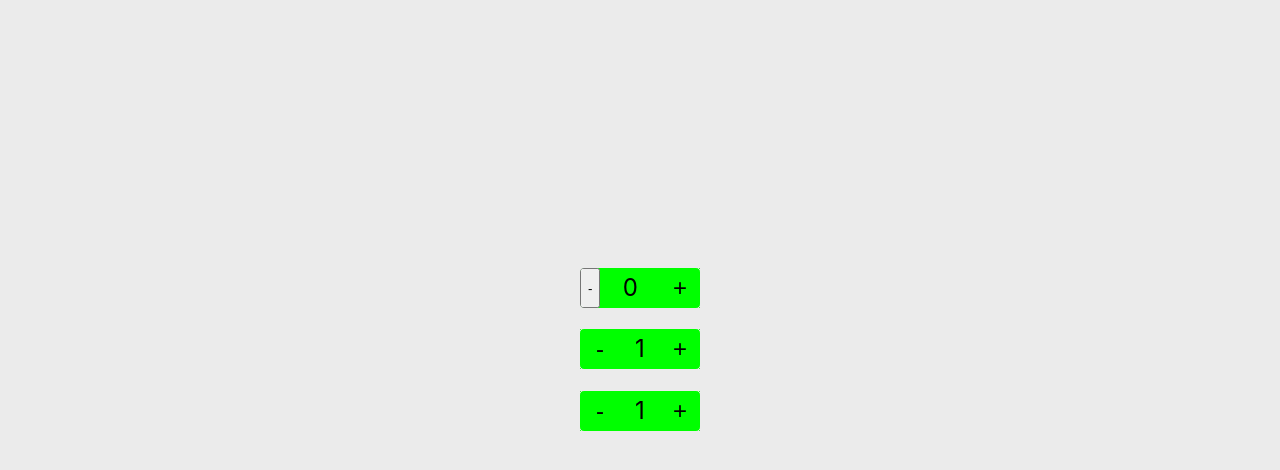
Repository: max535/test-task-netrika
Page: /, after clicking the first element matching `button.Decrement`
These files come from the project's save history. The page is drawn as it stood at one moment and after the next save; the edit follows.
The browser window is 1280 px wide. The pictures show the whole page.
The project was rebuilt for these pictures with package versions that can differ from the ones it lists, and the page was loaded fresh each time.

Above is the page before, as saved 2021-10-16 09:24:58.

### public/index.html
<!DOCTYPE html>
<html lang="en">
  <head>
    <meta charset="utf-8" />
    <meta name="viewport" content="width=device-width, initial-scale=1" />
    <title>Тестовые задания</title>
  </head>
  <body>
    <div id="root"></div>
  </body>
</html>

### src/App.js
import React from 'react';
import Counter from './Counter/Counter';
import './App.css';

function App() {
  return (
    <div className="App">
      <div className="Frame">
        <Counter className="Red" />
        <Counter className="Blue" />
        <Counter className="Lime" />
      </div>
    </div>
  );
}

export default App;

### src/Counter/Counter.js
import React, { useState } from 'react';
import "./Counter.css";

const Counter = () => {
    const [count, setCount] = useState(1);

    const handleIncrement = () => {
        setCount(count + 1);
    }

    const handleDecrement = () => {
        if (count === 0) {
            <button disabled="false"/>;
        } else {
            setCount(count - 1);
        }
    }

    return (

        <div className="Frame">
             <div className="Counter">
                <button className={count > 0 ? "Decrement" : "Disabled"} onClick={handleDecrement}>-</button>
                <span className="Count">{count}</span>
                <button className="Increment" onClick={handleIncrement}>+</button>
            </div>
        </div>
    );
}

export default Counter;

### src/App.css
.App {
  position: fixed;
  top: 0;
  left: 0;
  width: 100%;
  height: 100%;
  display: flex;
  flex-direction: column;
  justify-content: center;
  align-items: center;
  background-color: #EBEBEB;
}

### src/Counter/Counter.css
.Frame {
    display: flex;
    flex-direction: column;
    justify-content: space-between;
    align-items: center;
    width: 120px;
    height: 184px;
}

.Counter {
    display: flex;
    flex-direction: row;
    justify-content: space-between;
    width: 120px;
    height: 40px;
    background-color: lime;
    outline: 1px solid #EBEBEB;
    border-radius: 4px;

}

.Decrement:disabled {
    background-color: #F8F8F8;
    cursor: not-allowed;
    border: none;
    font-size: 24px;
}

.Decrement, .Increment {
    width: 40px;
    height: 40px;
    border: none;
    background-color: inherit;
    font-size: 24px;
}

.Increment:hover, .Decrement:hover {
    background-color: #F7F7F7;
    transition: ease-in-out .2s;
    cursor: pointer;
}

.Increment:active, .Decrement:active {
    background-color: #DCDCDC;
}

.Count {
    width: 40px;
    height: 40px;
    font-size: 24px;
    text-align: center;
    margin-top: 5px;
}

Loaded but not shown: src/index.js (common file); src/index.css (common file)

After the next save:
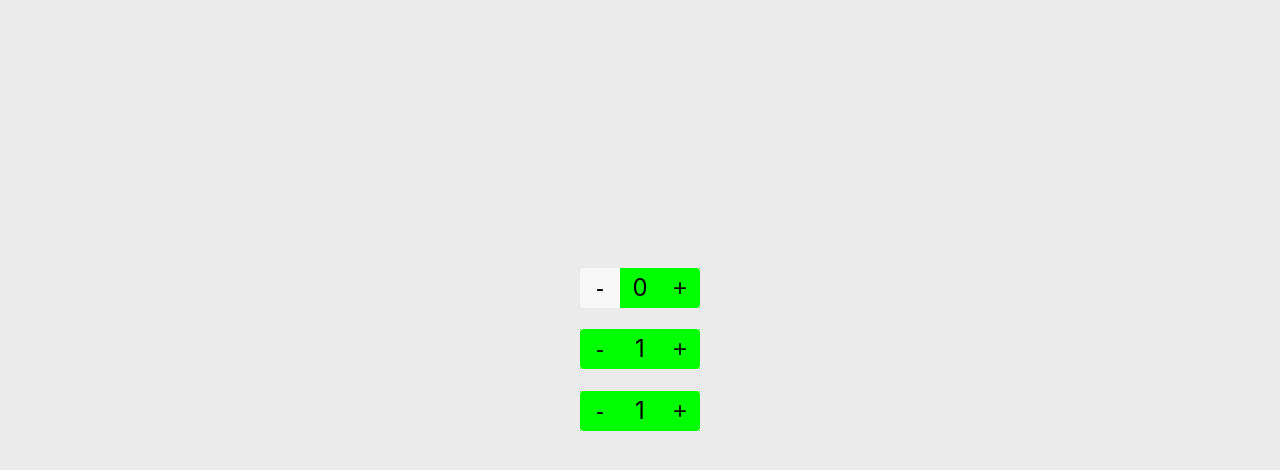
Saved 41 s later.
--- a/src/Counter/Counter.css
+++ b/src/Counter/Counter.css
@@ -19,9 +19,11 @@
 
 }
 
-.Decrement:disabled {
+.Disabled {
     background-color: #F8F8F8;
     cursor: not-allowed;
+    width: 40px;
+    height: 40px;
     border: none;
     font-size: 24px;
 }
